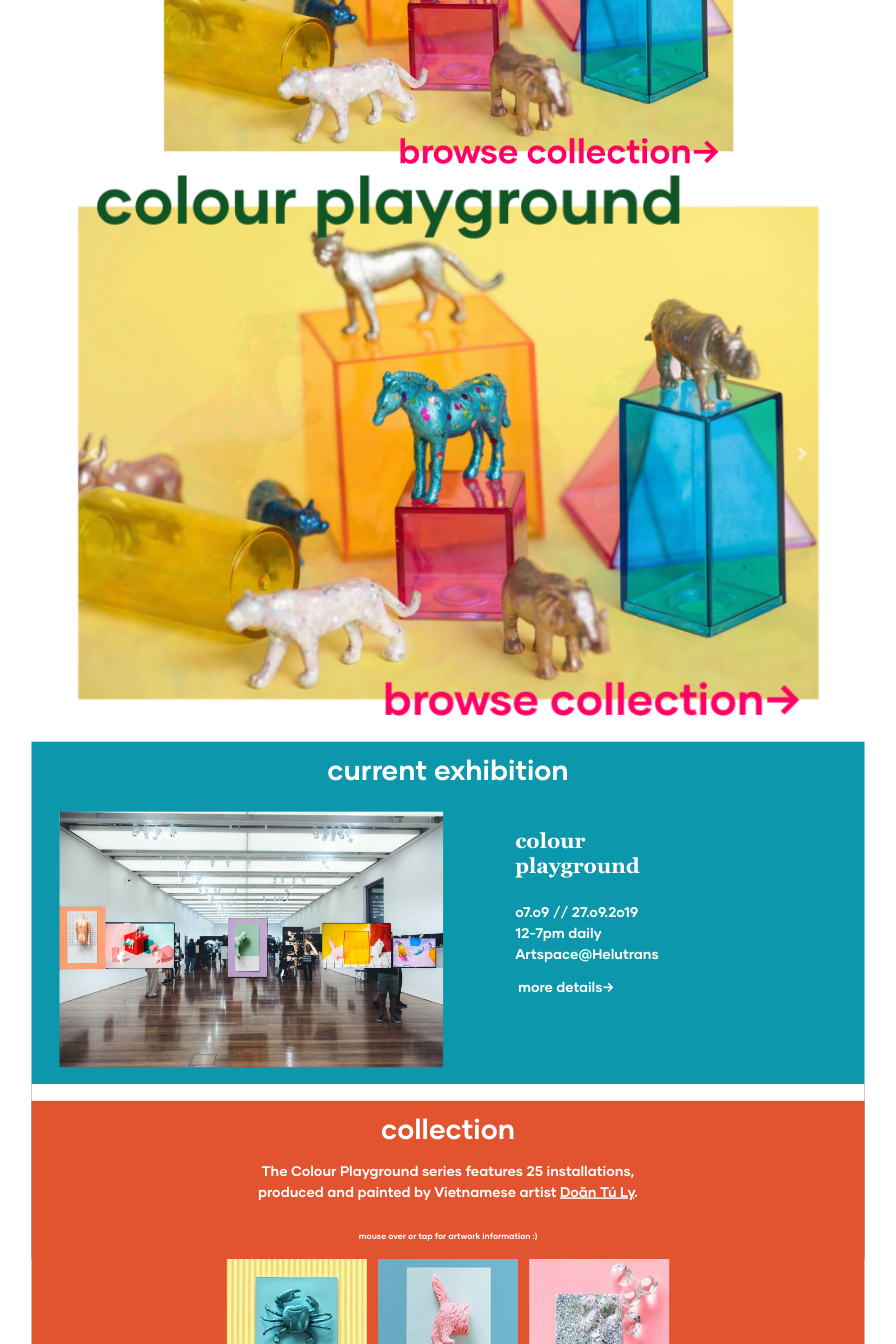
Repository: lynette-lyf/artshack
Page: index.html
The author's editor kept a record of every edit. The page is drawn from the files as they stood at one moment, then again after the next edit.
The browser window is 1280 px wide. The pictures show the part of the page from y = 622 to 2542 px (the page is 3525 px tall before and 2742 px after), at 70% of full size.

Above is the page before.

After the next edit:
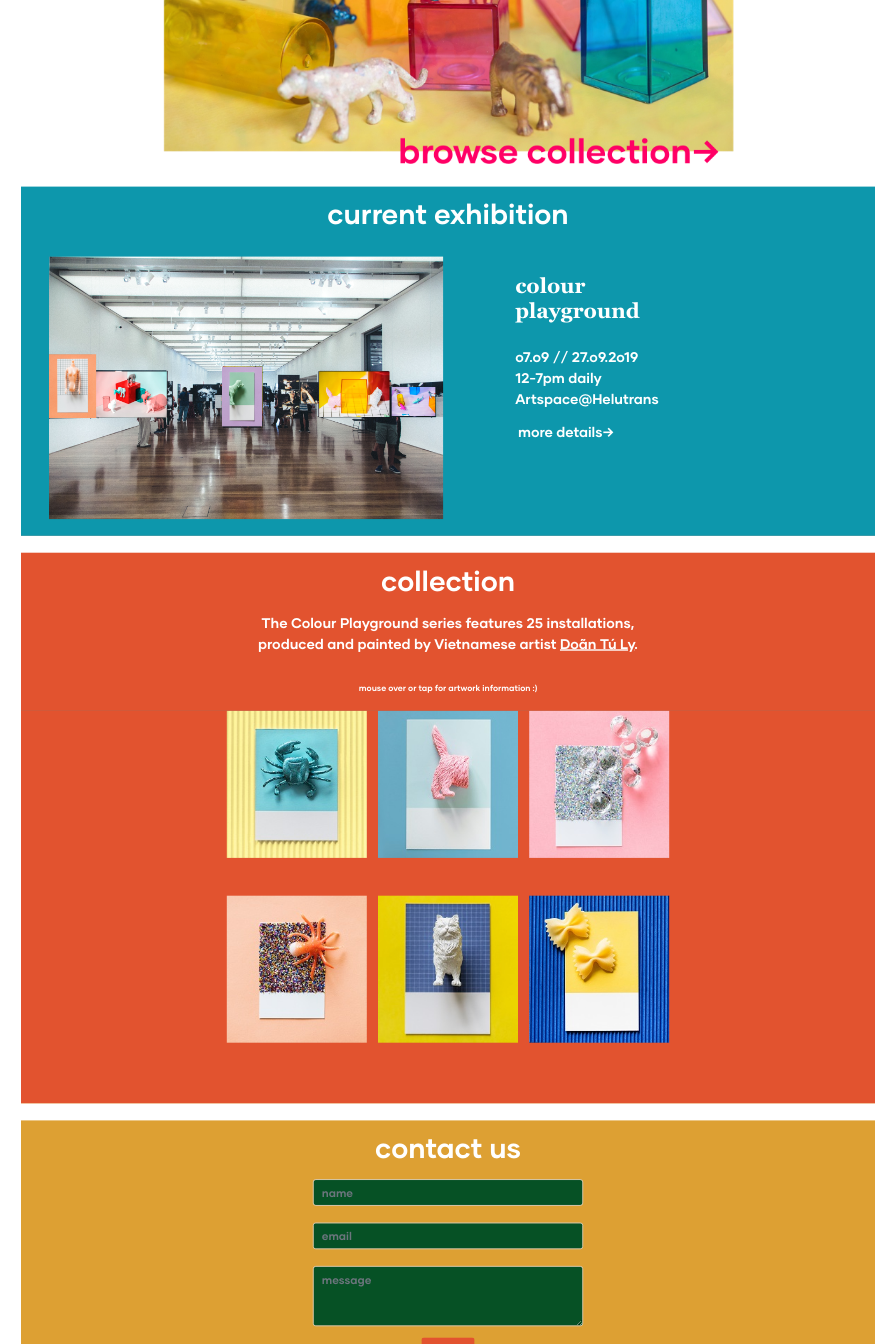
The edit:
--- a/index.html
+++ b/index.html
@@ -390,39 +390,6 @@
 </a>
           </div>
 
-
-
-  <div class="container-fluid-smallmedia ">
-    <div class="col ">
-      <div class="row-md " id="image-gallery ">
-<!--Carousel credits to https://getbootstrap.com/docs/4.3/components/carousel/-->
-<div id="carouselExampleFade" class="carousel slide carousel-fade w-100 mx-auto" data-ride="carousel">
-  <div class="carousel-inner">
-    <a href="#collection"><div class="carousel-item active">
-      <img src="images/gallery3.png" class="d-block w-100" alt="...">
-    </div>
-    <div class="carousel-item">
-      <img src="images/gallery6.png" class="d-block w-100" alt="...">
-    </div>
-    <div class="carousel-item">
-      <img src="images/gallery5.png" class="d-block w-100" alt="...">
-    </div>
-    <div class="carousel-item">
-      <img src="images/gallery4.png" class="d-block w-100" alt="...">
-    </div>
-  </div>
-  <a class="carousel-control-prev" href="#carouselExampleFade" role="button" data-slide="prev">
-    <span class="carousel-control-prev-icon" aria-hidden="true"></span>
-    <span class="sr-only">Previous</span>
-  </a>
-  <a class="carousel-control-next" href="#carouselExampleFade" role="button" data-slide="next">
-    <span class="carousel-control-next-icon" aria-hidden="true"></span>
-    <span class="sr-only">Next</span>
-  </a>
-</div>
-</a>
-          </div>
-
 <!--Current exhibition section-->
 
           <div class="container-fluid-exhibition mt-3 mx-auto">
